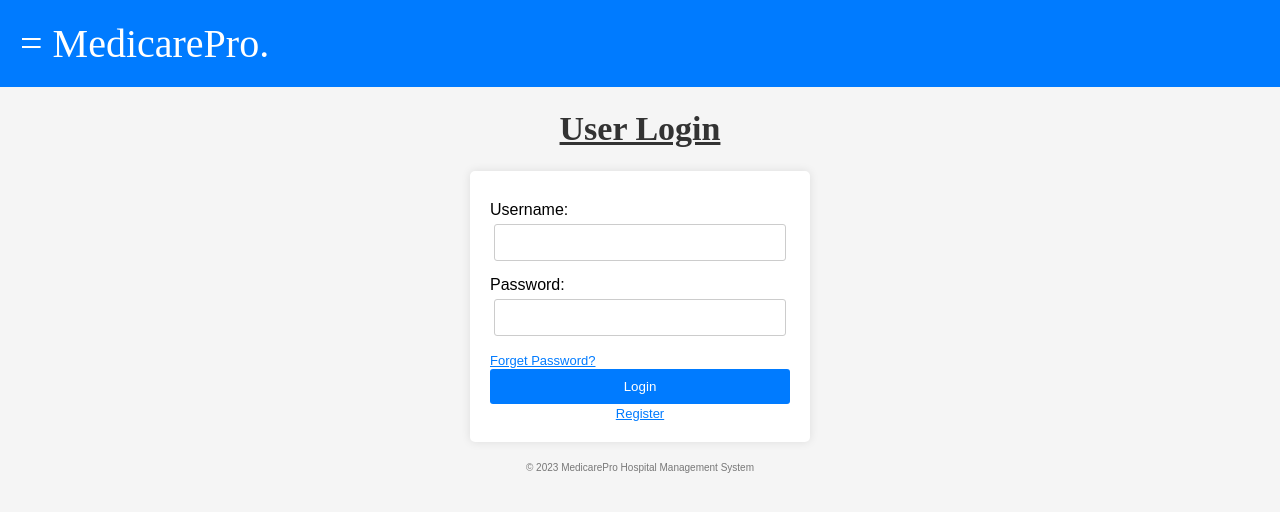
Repository: KarunarathneRR/HospitalManagementSystem
Page: http://localhost/hospital/login.jsp
These files come from the project's save history. The page is drawn as it stood at one moment and after the next save; the edit follows.
The browser window is 1280 px wide. The pictures show the whole page.
The page is served by Tomcat 9.

Above is the page before, as saved 2023-10-27 20:35:55.

After the next save:
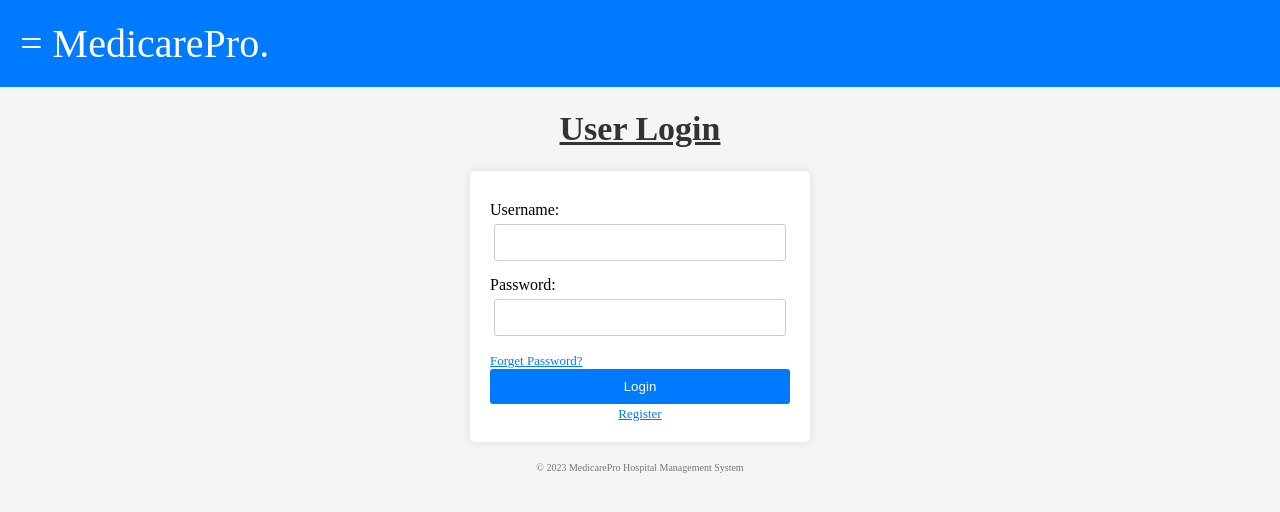
Saved 74 s later.
--- a/hospital/src/main/webapp/login.jsp
+++ b/hospital/src/main/webapp/login.jsp
@@ -7,7 +7,7 @@
     <title>User Login</title>
     <style>
         body {
-
+       background:url("file:///C:/Users/SLIIT/Desktop/management/hospital/src/main/webapp/img2.jpg")
             font-family: Arial, sans-serif;
             background-color: #f5f5f5;
             text-align: center;

After the save that followed:
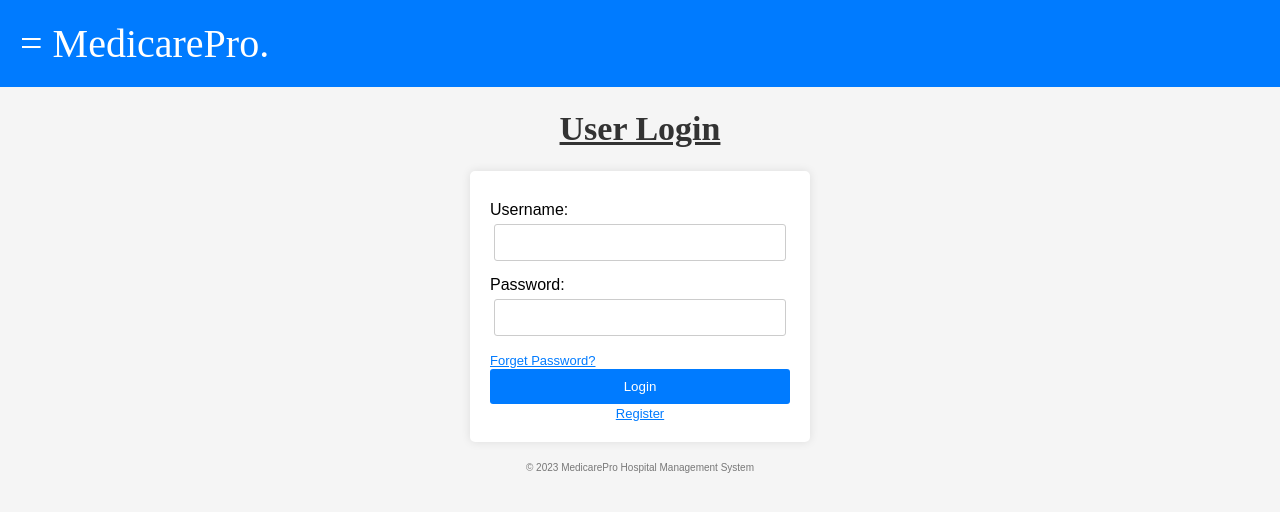
Saved 93 s later.
--- a/hospital/src/main/webapp/login.jsp
+++ b/hospital/src/main/webapp/login.jsp
@@ -7,7 +7,7 @@
     <title>User Login</title>
     <style>
         body {
-       background:url("file:///C:/Users/SLIIT/Desktop/management/hospital/src/main/webapp/img2.jpg")
+       background:url("file:///C:/Users/SLIIT/Desktop/management/hospital/src/main/webapp/img2.jpg");
             font-family: Arial, sans-serif;
             background-color: #f5f5f5;
             text-align: center;
